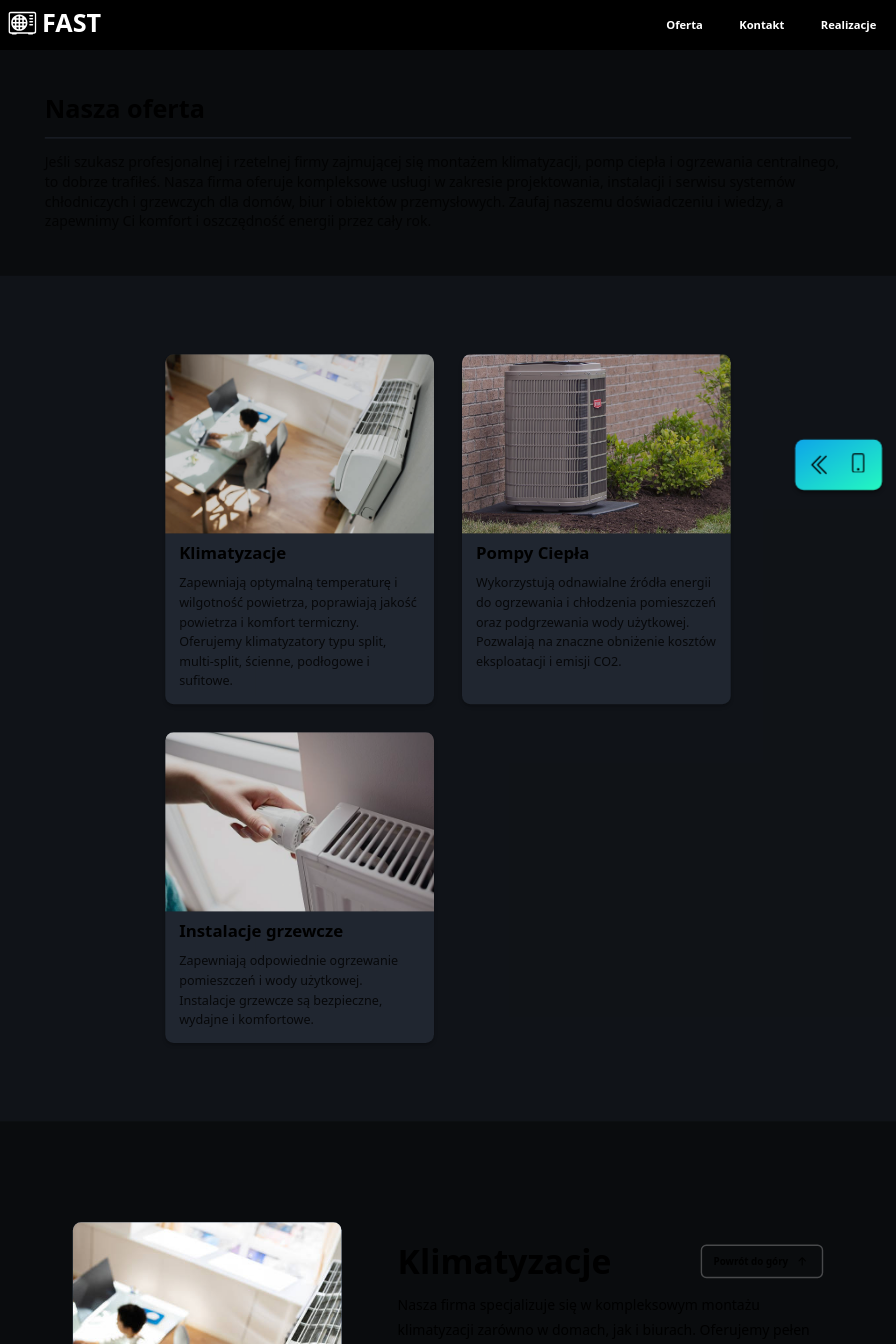
Repository: piotrokrutniak/Fast-CompanyWebsite
Page: /oferta
These files come from the project's save history. The page is drawn as it stood at one moment and after the next save; the edit follows.
The browser window is 1280 px wide. The pictures show the part of the page from y = 0 to 1920 px (the page is 3930 px tall before and 4014 px after), at 70% of full size.
The project was rebuilt for these pictures with package versions that can differ from the ones it lists, and the page was loaded fresh each time. The framework's server and built-in components were replaced by stand-ins that run in the browser. Also part of the build but not shown: next.config.js.

Above is the page before, as saved 2023-10-22 16:28:06.

### src/app/layout.js
import FootBar from './components/footbar/footbar'
import Navbar from './components/navbar/navbar'
import QuickContact from './components/quickContact'
import './globals.css'
import { Inter } from 'next/font/google'

const inter = Inter({ subsets: ['latin'] })

export const metadata = {
  title: 'Fast - Klimatyzacje Kraków',
  description: 'F.U.H. Fast Jacek Stawowy - Klimatyzacje Kraków-Niepołomice',
}

export default function RootLayout({ children }) {
  return (
    <html lang="pl" className="!scroll-smooth">
      <body className='bg-black min-w-mobile overflow-x-clip'>
        <div className='bg-slate-500/10 min-h-screen relative'>
          <Navbar/>
          {children}
          <QuickContact/>
          <FootBar/>
        </div>
      </body>
    </html>
  )
}

### src/app/(pages)/oferta/page.js
import Image from "next/image"
import img1 from "../../media/img/air-conditioning.jpg"
import img2 from "../../media/img/heat-pump-2.jpg"
import img3 from "../../media/img/heating.jpg"
import SimplePanel from "@/app/components/common/simplePanel"
import Link from "next/link"
import ButtonBase from "@/app/components/common/buttonBase"
import { BsArrowUpShort } from "react-icons/bs"

export default function Oferta(){
    return(
        <main className="min-h-screen">
            <section id="oferty" className="m-auto">
                <div className="sm:p-16 max-w-7xl m-auto p-5">
                    <h1 className="mb-5 pb-5 text-4xl font-semibold border-b-2 border-slate-600/30"> Nasza oferta </h1>
                    <p className="text-lg sm:text-xl opacity-80 font-normal leading-relaxed"> Jeśli szukasz profesjonalnej i rzetelnej firmy zajmującej się montażem klimatyzacji, pomp ciepła i ogrzewania centralnego, to dobrze trafiłeś. Nasza firma oferuje kompleksowe usługi w zakresie projektowania, instalacji i serwisu systemów chłodniczych i grzewczych dla domów, biur i obiektów przemysłowych. Zaufaj naszemu doświadczeniu i wiedzy, a zapewnimy Ci komfort i oszczędność energii przez cały rok.</p>
                </div>

                <div className="bg-slate-600/10 lg:py-28 p-2 py-10">
                    <div className="w-fit grid lg:grid-cols-2 2xl:grid-cols-3 max-w-7xl m-auto gap-10 lg:gap-10 items-stretch">
                        <Card scrollTo="#klimatyzacja" image={img1} title="Klimatyzacje" desc="Zapewniają optymalną temperaturę i wilgotność powietrza, poprawiają jakość powietrza i komfort termiczny. Oferujemy klimatyzatory typu split, multi-split, ścienne, podłogowe i sufitowe."/>
                        <Card scrollTo="#pompy" image={img2} title="Pompy Ciepła" desc="Wykorzystują odnawialne źródła energii do ogrzewania i chłodzenia pomieszczeń oraz podgrzewania wody użytkowej. Pozwalają na znaczne obniżenie kosztów eksploatacji i emisji CO2."/>
                        <Card scrollTo="#ogrzewanie" image={img3} title="Instalacje grzewcze" desc="Zapewniają odpowiednie ogrzewanie pomieszczeń i wody użytkowej. Instalacje grzewcze są bezpieczne, wydajne i komfortowe."/>
                    </div>
                </div>
            </section>
            <section id="informacje" className="max-w-7xl m-auto sm:p-16">
                <SimplePanel button={<ScrollTopButton/>} id="klimatyzacja" title="Klimatyzacje" desc="Nasza firma specjalizuje się w kompleksowym montażu klimatyzacji zarówno w domach, jak i biurach. Oferujemy pełen zakres usług, począwszy od zakupu jednostki, poprzez przygotowanie, aż do podpięcia i oddania do użytku. Nasze usługi nie ograniczają się jedynie do montażu - oferujemy również przegląd, serwis oraz wymianę jednostek klimatyzacyjnych." img={img1}/>
                <SimplePanel button={<ScrollTopButton/>} id="pompy" title="Pompy Ciepła" desc="Jesteśmy ekspertami w montażu pomp ciepła zarówno w domach, jak i biurach. Oferujemy pełen zakres usług - doradztwo przy wyborze odpowiedniego modelu, przygotowanie instalacji oraz podłączenie i uruchomienie. Nasze doświadczenie obejmuje nie tylko montaż, ale także przegląd, serwis i wymianę jednostek. Dzięki naszym usługom możesz cieszyć się efektywnym i ekologicznym systemem ogrzewania i chłodzenia." img={img2}/>
                <SimplePanel button={<ScrollTopButton/>} id="ogrzewanie" title="Ogrzewanie Centralne" desc="Posiadamy wieloletnie doświadczenie w montażu systemów ogrzewania centralnego, zarówno w domach, jak i budynkach komercyjnych. Nasza firma jest doskonale zaznajomiona z branżą i oferuje pełen zakres usług - doradztwo przy wyborze odpowiedniego systemu, projektowanie instalacji, montaż oraz uruchomienie. Nie ograniczamy się tylko do instalacji - zapewniamy również przegląd, serwis oraz modernizację istniejących systemów. Dzięki naszym usługom możesz mieć pewność, że Twój system ogrzewania centralnego będzie efektywny i zapewni Ci komfort przez wiele lat." img={img3}/>
            </section>
        </main>
    )
}

function Card({...props}){
    return(

        <div className="lg:w-96 bg-slate-600/30 hover:bg-slate-600/50 rounded-xl min-w-fit flex flex-col overflow-hidden shadow-md lg:hover:-translate-y-4 shadow-black/20 transition-all">
            <Link href={props.scrollTo}>
                <div className="lg:h-64 h-screen-1/2 w-full bg-black/20 relative cursor-pointer">
                    <Image src={props.image} layout='fill' objectFit='cover' className='z-0 opacity-80'/>
                </div>
            </Link>
            <div className="px-5 py-3 text-2xl font-semibold">{props.title ?? "Title" }</div>
            <div className="px-5 pb-5 text-lg opacity-80">{props.desc ?? "Description" }</div>
        </div>
    )
}

function ScrollTopButton(){
    return(
        <Link href="#">
            <ButtonBase text="Powrót do góry" color="black" icon={<BsArrowUpShort className="w-6 h-6"/>} className="px-2 h-12 border-solid border-2 border-white/25 hover:border-white w-fit"/>
        </Link>
    )
}

### src/app/components/footbar/footbar.js
import Link from "next/link";

export default function FootBar(){
    return(
        <footer className="bg-slate-500/5 mt-20">
            <div className="max-w-7xl w-full max-sm:px-5 p-10 flex gap-8 sm:gap-20 m-auto">
                <div className="flex flex-col gap-3">
                    <h1 className="font-bold text-2xl md:text-3xl">Jacek Stawowy</h1>
                    <h2 className="font-semibold text-xl">Kraków</h2>
                    <h2 className="font-thin text-xl">NIP: 6791924300</h2>
                </div>

                <div className="flex flex-col gap-3">
                    <h1 className="font-bold text-2xl md:text-3xl">Kontakt</h1>
                    <h2 className="font-thin text-xl">Telefon:
                    <Link href={"tel:+48 509 012 407"} className="cursor-pointer hover:text-emerald-200">
                        <p className="whitespace-nowrap">
                            +48 509 012 407
                        </p>
                    </Link>
                    </h2>
                    <h2 className="font-thin text-xl">Email:
                    <Link href={"email:fast@firma.pl"} className="cursor-pointer hover:text-emerald-200">
                        <p className="whitespace-nowrap">
                            fast@firma.pl
                        </p>
                    </Link>
                    </h2>
                    <h2 className="font-thin text-xl">Pon-Pt 8.00-19.00</h2>
                </div>
            </div>
            <div className="bg-black flex p-10 ">
                <div className="xs:m-auto w-fit">
                    © Piotr Okrutniak 2022
                </div>
            </div>
        </footer>
    )
}

### src/app/components/quickContact.js
"use client";

import Link from "next/link";
import { useState } from "react"
import {BsChevronDoubleRight, BsPhone} from "react-icons/bs"

export default function QuickContact(){
    const [folded, setFolded] = useState(true)

    function Transition(){
        setFolded((old) => !old)
    }

    return(
        <div className="bg-gradient-to-br from-sky-500 to-emerald-200 rounded-xl w-fit sm:p-5 p-3 text-base
            font-normal shadow-md shadow-black/50 fixed right-5 bottom-5 flex items-center gap-4 transition-all ease-in-out whitespace-nowrap">
            <BsChevronDoubleRight className={`${folded ? "rotate-180" : "rotate-0"} transition-all ease-in h-8 w-8 cursor-pointer active:opacity-60 select-none`}
                onClick={() => Transition()}/>
            <div className="flex gap-2">
                <p className={`${folded ? "w-0" : "w-72 max-sm:w-44"} overflow-hidden transition-all ease-in flex max-sm:flex-col`}><p>Skontaktuj się z nami:</p> <Link href={"tel:+48 509 012 407"} className="cursor-pointer">+48 509 012 407</Link></p>
                <BsPhone className="h-7 w-7 animate-bounce self-center"/>
            </div>
        </div>
    )
}

### src/app/globals.css
@import 'tailwindcss/base';
@import 'tailwindcss/components';
@import 'tailwindcss/utilities';

:root {

}

@media (prefers-color-scheme: dark) {
  :root {
    --foreground-rgb: 255, 255, 255;
    scroll-behavior: smooth;
  }
}

body {
  color: rgb(var(--foreground-rgb));
  background: linear-gradient(
      to bottom,
      transparent,
      rgb(var(--background-end-rgb))
    )
    rgb(var(--background-start-rgb));
}

@layer base {
  html {
    scroll-behavior: smooth;
  }
}

### src/app/components/common/simplePanel.js
import Image from "next/image";
import ButtonBase from "./buttonBase";


export default function SimplePanel({...props}){
    return(
        <section id={props.id} className="z-10 w-full items-center justify-between text-sm lg:flex p-10 max-xs:p-5">
            <div className='max-w-7xl m-auto flex gap-20 py-10 align-middle h-full max-md:flex-col-reverse max-lg:gap-10'>
            <div className='w-96 h-64 sm:h-96 shrink-0 bg-slate-500 rounded-xl relative self-center max-md:w-full overflow-clip'>
                <Image src={props.img} layout='fill' objectFit='cover'/>
            </div>
            <div className='relative self-center w-full'>
                <div className='flex justify-between gap-5 max-lg:flex-col mb-5'>
                <h1 className='text-5xl font-semibold max-sm:text-3xl'>{props.title ?? "Title"}</h1>
                    {props.button ?? ""}
                </div>
                <h2 className='text-xl font-thin leading-9 max-sm:text-lg'>{props.desc ?? "Description"}</h2>
            </div>
            </div>
        </section>
    )
}

### src/app/components/common/buttonBase.js
export default function ButtonBase({...props}){
    return(
        <button className={`${props.className} ${props.color ?? "bg-sky-500"} py-3 px-4 rounded-lg font-semibold active:opacity-80 flex items-center gap-2 whitespace-nowrap transition-all`}
            onClick={props.onClick}>
            {props.text} {props.icon ?? ""}
        </button>
    )
}

### src/app/components/icons/ac.js
export default function AcLogo({...props}){
    return(
        <svg
            xmlns="http://www.w3.org/2000/svg"
            xmlSpace="preserve"
            width={800}
            height={800}
            viewBox="0 0 507.802 507.802"
            {...props}
        >
            <path d="M465.7 47.901H42.3c-23.3 0-42.3 18.9-42.3 42.3v313.3c0 23.3 19 42.3 42.3 42.3h16.1c0 7.8 6.3 14.1 14.1 14.1H139c7.8 0 14.1-6.3 14.1-14.1h201.6c0 7.8 6.3 14.1 14.1 14.1h66.5c7.8 0 14.1-6.3 14.1-14.1h16.1c23.3 0 42.3-19 42.3-42.3v-313.3c.2-23.4-18.8-42.3-42.1-42.3zm0 369.7H42.3c-7.8 0-14.1-6.3-14.1-14.1v-313.3c0-7.8 6.3-14.1 14.1-14.1h423.3c7.8 0 14.1 6.3 14.1 14.1v313.3h.1c0 7.8-6.3 14.1-14.1 14.1z" />
            <path d="M435.6 107.801H391c-7.8 0-14.1 6.3-14.1 14.1s6.3 14.1 14.1 14.1h44.6c7.8 0 14.1-6.3 14.1-14.1s-6.3-14.1-14.1-14.1zM435.6 161.601H391c-7.8 0-14.1 6.3-14.1 14.1s6.3 14.1 14.1 14.1h44.6c7.8 0 14.1-6.3 14.1-14.1s-6.3-14.1-14.1-14.1zM435.6 215.301H391c-7.8 0-14.1 6.3-14.1 14.1s6.3 14.1 14.1 14.1h44.6c7.8 0 14.1-6.3 14.1-14.1s-6.3-14.1-14.1-14.1zM435.6 269.101H391c-7.8 0-14.1 6.3-14.1 14.1s6.3 14.1 14.1 14.1h44.6c7.8 0 14.1-6.3 14.1-14.1s-6.3-14.1-14.1-14.1zM198.3 99.701c-81.1 0-147.1 66-147.1 147.1s66 147.1 147.1 147.1 147.1-66 147.1-147.1-66-147.1-147.1-147.1zm-80.9 233.9c-2-1.9-3.9-3.8-5.8-5.8h5.8v5.8zm0-34H92c-5.9-11.9-10-24.9-11.6-38.6h37v38.6zm0-66.9h-37c1.6-13.7 5.6-26.7 11.6-38.6h25.4v38.6zm0-66.8h-5.8c1.9-2 3.8-3.9 5.8-5.8v5.8zm66.8 198.9c-13.7-1.6-26.7-5.7-38.6-11.6v-25.4h38.6v37zm0-65.2h-38.6v-38.6h38.6v38.6zm0-66.9h-38.6v-38.6h38.6v38.6zm0-66.8h-38.6v-25.4c11.9-5.9 24.9-10 38.6-11.6v37zm95.1-5.8c2 1.9 3.9 3.8 5.8 5.8h-5.8v-5.8zm0 34h25.4c5.9 11.9 10 24.9 11.6 38.6h-37v-38.6zm-28.2 159.1c-11.9 5.9-24.9 10-38.6 11.6v-37h38.6v25.4zm0-53.6h-38.6v-38.6h38.6v38.6zm0-66.9h-38.6v-38.6h38.6v38.6zm0-66.8h-38.6v-37c13.7 1.6 26.7 5.7 38.6 11.6v25.4zm28.2 167.7v-5.8h5.8c-1.9 2-3.8 4-5.8 5.8zm0-34v-38.6h37c-1.6 13.7-5.7 26.7-11.6 38.6h-25.4z" />
        </svg>
    )
}

### tailwind.config.js
/** @type {import('tailwindcss').Config} */
module.exports = {
  mode: 'jit',
  content: [
    './src/pages/**/*.{js,ts,jsx,tsx,mdx}',
    './src/components/**/*.{js,ts,jsx,tsx,mdx}',
    './src/app/**/*.{js,ts,jsx,tsx,mdx}',
  ],
  theme: {
    extend: {
      backgroundImage: {
        'gradient-radial': 'radial-gradient(var(--tw-gradient-stops))',
        'gradient-conic':
          'conic-gradient(from 180deg at 50% 50%, var(--tw-gradient-stops))',
      },
      height:{
        'screen-1/2': '50vh',
        'screen-1/4': '25vh',
        'screen-3/4': '75vh',
        'screen-3/5': '60vh',
        'screen-2/3': '66vh',
        'screen-1/3': '33vh',
        '112': '28rem',
        '128': '32rem',
      },
      minHeight:{
        'screen-1/2': '50vh',
        'screen-1/4': '25vh',
        'screen-3/4': '75vh',
        'screen-2/3': '66vh',
        'screen-1/3': '33vh',
        '112': '28rem',
        '128': '32rem',
      },
      width:{
        '112': '28rem',
        '128': '32rem',
      },
      colors:{
        "emerald":{
          "50": "#b0fde8",
          "100": "#60FBD2",
          "200": "#24F9C1",
          "400": "#06EFB1",
          "500": "#06d6a0",
        }
      },
      minWidth:{
        'mobile': '360px',
        '54': '258px',
      },
      screens:{
        'xs': '580px',
        '850': '850px',
      },
    },
  },
  plugins: [],
}

Loaded but not shown: src/app/components/navbar/navbar.js (61 lines, source omitted)

After the next save:
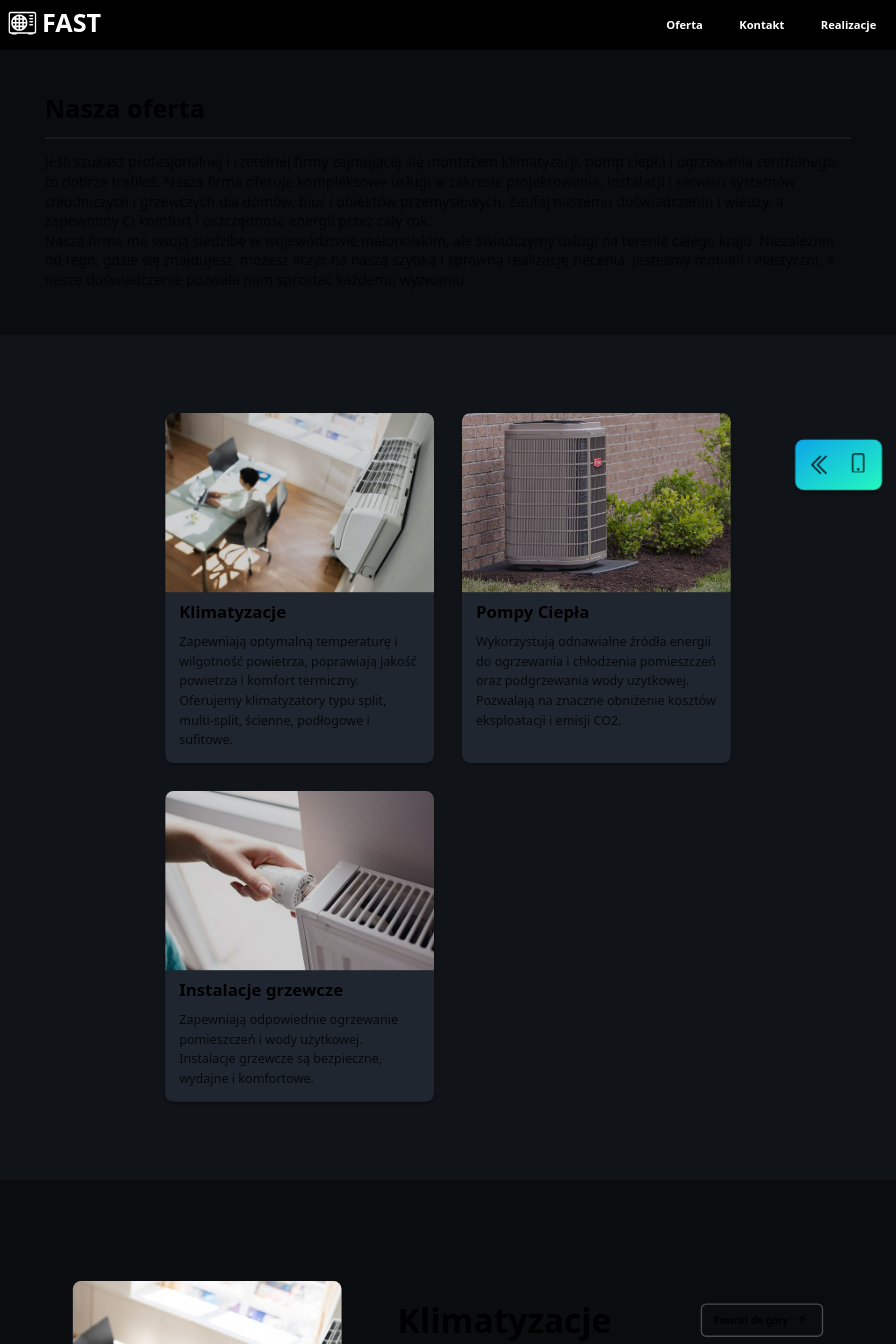
Saved 46 s later.
--- a/src/app/(pages)/oferta/page.js
+++ b/src/app/(pages)/oferta/page.js
@@ -14,6 +14,7 @@
                 <div className="sm:p-16 max-w-7xl m-auto p-5">
                     <h1 className="mb-5 pb-5 text-4xl font-semibold border-b-2 border-slate-600/30"> Nasza oferta </h1>
                     <p className="text-lg sm:text-xl opacity-80 font-normal leading-relaxed"> Jeśli szukasz profesjonalnej i rzetelnej firmy zajmującej się montażem klimatyzacji, pomp ciepła i ogrzewania centralnego, to dobrze trafiłeś. Nasza firma oferuje kompleksowe usługi w zakresie projektowania, instalacji i serwisu systemów chłodniczych i grzewczych dla domów, biur i obiektów przemysłowych. Zaufaj naszemu doświadczeniu i wiedzy, a zapewnimy Ci komfort i oszczędność energii przez cały rok.</p>
+                    <p className="text-lg sm:text-xl opacity-80 font-normal leading-relaxed"> Nasza firma ma swoją siedzibę w województwie małopolskim, ale świadczymy usługi na terenie całego kraju. Niezależnie od tego, gdzie się znajdujesz, możesz liczyć na naszą szybką i sprawną realizację zlecenia. Jesteśmy mobilni i elastyczni, a nasze doświadczenie pozwala nam sprostać każdemu wyzwaniu. </p>
                 </div>
 
                 <div className="bg-slate-600/10 lg:py-28 p-2 py-10">

After the save that followed:
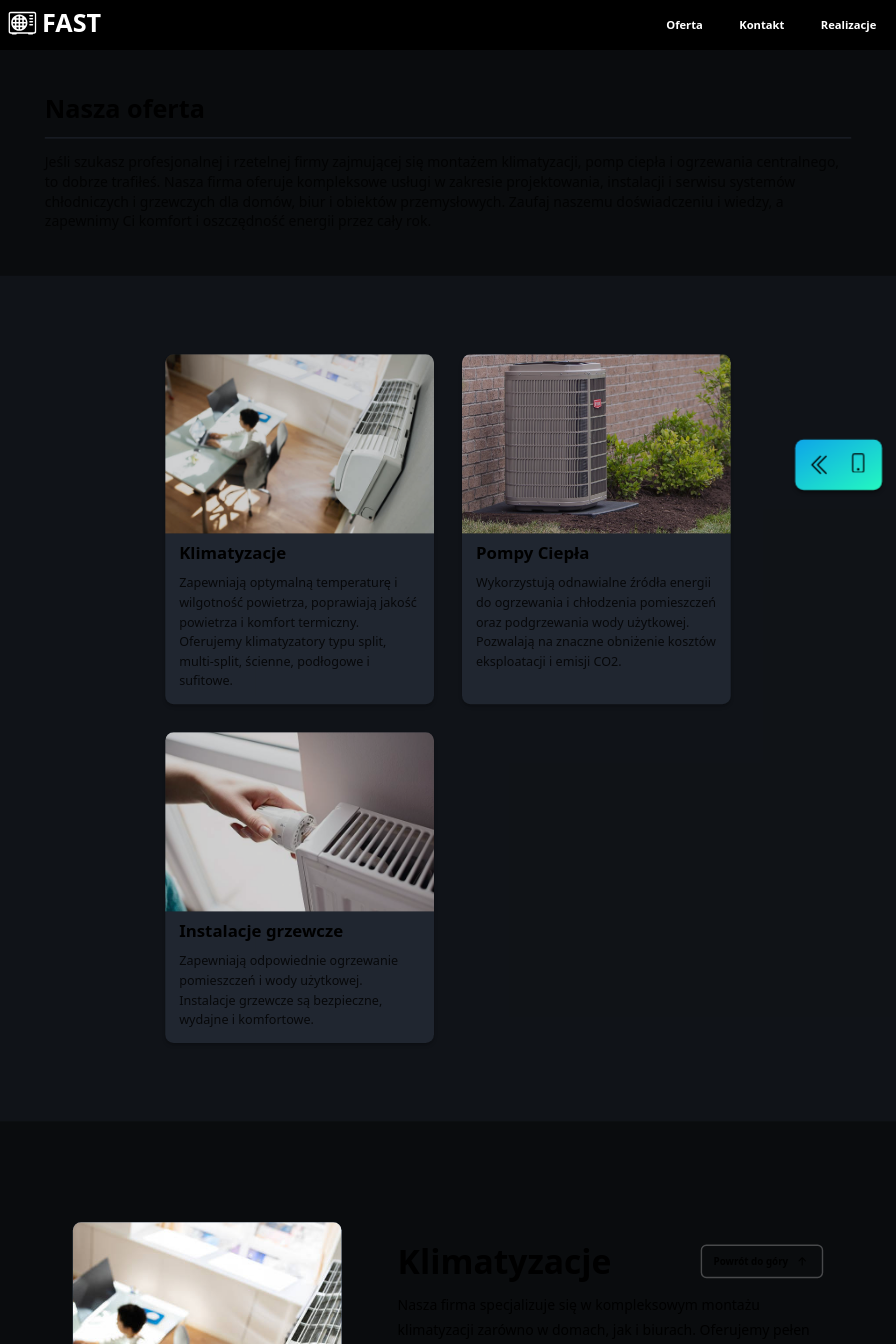
Saved 21 s later.
--- a/src/app/(pages)/oferta/page.js
+++ b/src/app/(pages)/oferta/page.js
@@ -14,7 +14,6 @@
                 <div className="sm:p-16 max-w-7xl m-auto p-5">
                     <h1 className="mb-5 pb-5 text-4xl font-semibold border-b-2 border-slate-600/30"> Nasza oferta </h1>
                     <p className="text-lg sm:text-xl opacity-80 font-normal leading-relaxed"> Jeśli szukasz profesjonalnej i rzetelnej firmy zajmującej się montażem klimatyzacji, pomp ciepła i ogrzewania centralnego, to dobrze trafiłeś. Nasza firma oferuje kompleksowe usługi w zakresie projektowania, instalacji i serwisu systemów chłodniczych i grzewczych dla domów, biur i obiektów przemysłowych. Zaufaj naszemu doświadczeniu i wiedzy, a zapewnimy Ci komfort i oszczędność energii przez cały rok.</p>
-                    <p className="text-lg sm:text-xl opacity-80 font-normal leading-relaxed"> Nasza firma ma swoją siedzibę w województwie małopolskim, ale świadczymy usługi na terenie całego kraju. Niezależnie od tego, gdzie się znajdujesz, możesz liczyć na naszą szybką i sprawną realizację zlecenia. Jesteśmy mobilni i elastyczni, a nasze doświadczenie pozwala nam sprostać każdemu wyzwaniu. </p>
                 </div>
 
                 <div className="bg-slate-600/10 lg:py-28 p-2 py-10">
